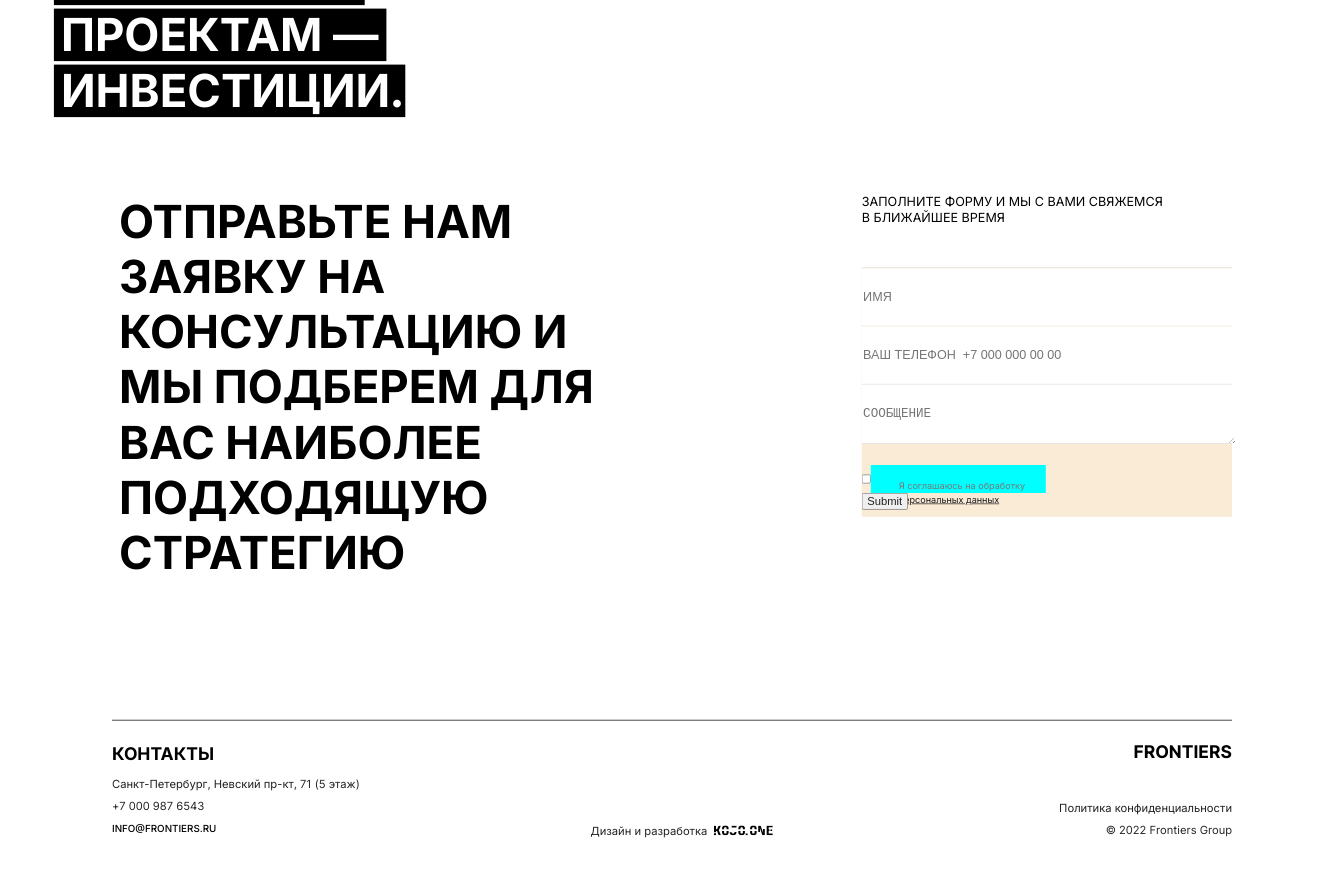
Repository: NadyaKorvin/frontiers
Page: /
An editor plug-in stored every save of this project. The page is shown before and after the next save, followed by the edit.
The browser window is 1280 px wide. The page is 1920 px wide, so the pictures cover 1920 px, including what lies to the right of the window. The pictures show the part of the page from y = 1385 to 2665 px (the page is 2665 px tall), at 70% of full size.
The project was rebuilt for these pictures with package versions that can differ from the ones it lists, and the page was loaded fresh each time.

Above is the page before, as saved 2022-05-23 18:39:06.

### public/index.html
<!DOCTYPE html>
<html lang="en">
  <head>
    <meta charset="utf-8" />
    <link rel="icon" href="%PUBLIC_URL%/favicon.ico" />
    <meta name="viewport" content="width=device-width, initial-scale=1" />
    <meta name="theme-color" content="#000000" />
    <meta name="description" content="Web site created using create-react-app" />
    <link rel="apple-touch-icon" href="%PUBLIC_URL%/logo192.png" />
    <link rel="manifest" href="%PUBLIC_URL%/manifest.json" />
    <link rel="preconnect" href="https://fonts.googleapis.com" />
    <link rel="preconnect" href="https://fonts.gstatic.com" crossorigin />
    <link href="https://fonts.googleapis.com/css2?family=Inter:wght@300;400;500;700&display=swap" rel="stylesheet" />
    <title>FRONTIERS</title>
  </head>
  <body>
    <noscript>You need to enable JavaScript to run this app.</noscript>
    <div id="root"></div>
  </body>
</html>

### src/index.js
import React from "react"
import ReactDOM from "react-dom/client"

import App from "./App"

const root = ReactDOM.createRoot(document.getElementById("root"))
root.render(
  <React.StrictMode>
    <App />
  </React.StrictMode>
)

### src/App.js
import { useState } from "react";
import "./App.css";
import { SecondScreenAnimation } from "./components/secondScreen/SecondScreenAnimation";
import FirstScreenAnimation from "./components/firstScreen/FirstScreenAnimation";
import LastScreenAnimation from "./components/lastScreen/LastScreenAnimation"

function App() {
  const [mousePosition, setMousePosition] = useState("");

  const listenUpperMousePosition = (event) => {
    console.log(event);
    console.log(event.target);
    setMousePosition(event.target);
  };

  return (
    <>
      <FirstScreenAnimation />
      <div className="App">
        <SecondScreenAnimation listenMousePosition={listenUpperMousePosition} />
      </div>
      <LastScreenAnimation />
    </>
  );
}
export default App;

### src/App.css
@import url("./reset.css");
@import url("./components/secondScreen/SecondScreen.css");
@import url("./font/font.css");

body {
  font-family: "Inter";
}

### src/components/secondScreen/SecondScreenAnimation.js
export function SecondScreenAnimation({ listenMousePosition, mousePosition }) {
  let goUp = ""
  const goUpBlackLines = (mousePosition) => {
    if (mousePosition === "animation__text_first_part") {
      goUp = "up"
      return goUp
    }
  }
  goUpBlackLines(mousePosition)
  console.log(goUp)
  return (
    <div className="animation__text_block">
      {goUp != "up" ? (
        <div>
          <div className="animation__text" onMouseOver={listenMousePosition}>
            <p className="animation__text_first_part">Инвесторам сложно найти хорошие проекты,</p>
            <p className="animation__text_second_part">а хорошим проектам — инвестиции.</p>
          </div>
          <div className="animation__black_lines">
            <div className="animation__1th_black_line"></div>
            <div className="animation__2th_black_line"></div>
            <div className="animation__3th_black_line"></div>
          </div>
        </div>
      ) : (
        <div>
          <div className="animation__text" onMouseOver={listenMousePosition}>
            <p className="animation__text_first_part" style={{ color: "#fff" }}>
              Инвесторам сложно найти хорошие проекты,
            </p>
            <p className="animation__text_second_part" style={{ color: "#000" }}>
              а хорошим проектам — инвестиции.
            </p>
          </div>
          <div className="animation__black_lines">
            <div className="animation__1th_black_line" style={{ width: "484px", marginTop: "-475px" }}></div>
            <div className="animation__2th_black_line" style={{ width: "586px" }}></div>
            <div className="animation__3th_black_line" style={{ width: "722px" }}></div>
          </div>
        </div>
      )}
    </div>
  )
}

### src/components/firstScreen/FirstScreenAnimation.js
import React from "react";
import style from "./FirstScreen.module.css";
import image from "../../images/image.webp";

export default function FirstScreenAnimation() {
  const pointer = (
    <svg
      width="8"
      height="101"
      viewBox="0 0 8 101"
      fill="none"
      xmlns="http://www.w3.org/2000/svg"
    >
      <path
        d="M4.35355 100.356C4.15829 100.551 3.84171 100.551 3.64645 100.356L0.464466 97.1735C0.269204 96.9783 0.269204 96.6617 0.464466 96.4664C0.659728 96.2712 0.976311 96.2712 1.17157 96.4664L4 99.2948L6.82843 96.4664C7.02369 96.2712 7.34027 96.2712 7.53553 96.4664C7.7308 96.6617 7.7308 96.9783 7.53553 97.1735L4.35355 100.356ZM3.5 100.002L3.5 0.00195312H4.5L4.5 100.002H3.5Z"
        fill="black"
      />
    </svg>
  );

  return (
    <>
      <section className={style.first__screen}>
        <header className={style.header}>
          <div className={style.logotype}>FRONTIERS</div>
          <nav className={style.nav__sidebar}>
            <ul>Агенство</ul>
            <ul>Кейсы</ul>
            <ul>Услуги</ul>
            <ul>Контакты</ul>
          </nav>
          <div className={style.button}>
            <p className={style.text__btn}>Получить консультацию</p>
          </div>
        </header>
        <div className={style.content}>
          <p>ИНВЕСТИЦИИ</p>
          <p>НЕ</p>
          <p>СЛОЖНО</p>
          <p>
            Мы помогли заработать более 50 млн рублей частным инвесторам в 2021
            году на вложениях в российский бизнес
          </p>
          <p>ПРОКРУТИ ВНИЗ</p>
          <div className={style.content__pointer}>{pointer}</div>
          <img src={image} alt="" />
        </div>
      </section>
    </>
  );
}

### src/components/lastScreen/LastScreenAnimation.js
import React from "react";
import style from "./LastScreen.module.css";
import Form from "./Form"
import Kojo from "../../images/Kojo"

export default function LastScreenAnimation() {
  return (
    <>
      <section className={style.last__screen}>
        <div className={style.wrapper}>
          <div className={style.left__content}>
            <p>
              ОТПРАВЬТЕ НАМ ЗАЯВКУ НА КОНСУЛЬТАЦИЮ И МЫ ПОДБЕРЕМ ДЛЯ ВАС
              НАИБОЛЕЕ ПОДХОДЯЩУЮ СТРАТЕГИЮ
            </p>
          </div>
          <div className={style.right__content}>
            <div className={style.text__form}>
              <p>ЗАПОЛНИТЕ ФОРМУ И МЫ С ВАМИ СВЯЖЕМСЯ В БЛИЖАЙШЕЕ ВРЕМЯ</p>
            </div>
            <Form />
          </div>
        </div>
        <footer className={style.footer}>
          <div className={style.contact}>
            <p>КОНТАКТЫ</p>
            <p>Санкт-Петербург, Невский пр-кт, 71 (5 этаж)</p>
            <p>+7 000 987 6543</p>
            <p><a href="mailto:info@frontiers.ru" ></a>info@frontiers.ru</p>
          </div>
          <div className={style.design}>
            <p>Дизайн и разработка</p>
            <Kojo />
          </div>
          <div className={style.frontiers}>
            <p>FRONTIERS</p>
            <p>Политика конфиденциальности</p>
            <p>© 2022 Frontiers Group</p>
          </div>
        </footer>
      </section>
    </>
  );
}

### src/reset.css
html,
body,
div,
span,
applet,
object,
iframe,
h1,
h2,
h3,
h4,
h5,
h6,
p,
blockquote,
pre,
a,
abbr,
acronym,
address,
big,
cite,
code,
del,
dfn,
em,
img,
ins,
kbd,
q,
s,
samp,
small,
strike,
strong,
sub,
sup,
tt,
var,
b,
u,
i,
center,
dl,
dt,
dd,
ol,
ul,
li,
fieldset,
form,
label,
legend,
table,
caption,
tbody,
tfoot,
thead,
tr,
th,
td,
article,
aside,
canvas,
details,
embed,
figure,
figcaption,
footer,
header,
hgroup,
menu,
nav,
output,
ruby,
section,
summary,
time,
mark,
audio,
video {
  margin: 0;
  padding: 0;
  border: 0;
  font-size: 100%;
  font: inherit;
  vertical-align: baseline;
}

:focus {
  outline: 0;
}

article,
aside,
details,
figcaption,
figure,
footer,
header,
hgroup,
menu,
nav,
section {
  display: block;
}

body {
  line-height: 1;
}

ol,
ul {
  list-style: none;
}

blockquote,
q {
  quotes: none;
}

blockquote:before,
blockquote:after,
q:before,
q:after {
  content: "";
  content: none;
}

table {
  border-collapse: collapse;
  border-spacing: 0;
}

input[type="search"]::-webkit-search-cancel-button,
input[type="search"]::-webkit-search-decoration,
input[type="search"]::-webkit-search-results-button,
input[type="search"]::-webkit-search-results-decoration {
  -webkit-appearance: none;
  -moz-appearance: none;
}

input[type="search"] {
  -webkit-appearance: none;
  -moz-appearance: none;
  -webkit-box-sizing: content-box;
  -moz-box-sizing: content-box;
  box-sizing: content-box;
}

textarea {
  overflow: auto;
  vertical-align: top;
  resize: vertical;
}

[hidden] {
  display: none;
}

html {
  font-size: 100%; /* 1 */
  -webkit-text-size-adjust: 100%; /* 2 */
  -ms-text-size-adjust: 100%; /* 2 */
}

a:focus {
  outline: thin dotted;
}

a:active,
a:hover {
  outline: 0;
}

img {
  border: 0;
  -ms-interpolation-mode: bicubic;
}

figure {
  margin: 0;
}

form {
  margin: 0;
}

fieldset {
  border: 1px solid #c0c0c0;
  margin: 0 2px;
  padding: 0.35em 0.625em 0.75em;
}

legend {
  border: 0; /* 1 */
  padding: 0;
  white-space: normal; /* 2 */
  *margin-left: -7px; /* 3 */
}

button,
input,
select,
textarea {
  font-size: 100%; /* 1 */
  margin: 0; /* 2 */
  vertical-align: baseline; /* 3 */
  *vertical-align: middle; /* 3 */
}

button,
input {
  line-height: normal;
}

button,
select {
  text-transform: none;
}

button,
html input[type="button"], /* 1 */
input[type="reset"],
input[type="submit"] {
  -webkit-appearance: button; /* 2 */
  cursor: pointer; /* 3 */
  *overflow: visible; /* 4 */
}

button[disabled],
html input[disabled] {
  cursor: default;
}

input[type="checkbox"],
input[type="radio"] {
  box-sizing: border-box; /* 1 */
  padding: 0; /* 2 */
  *height: 13px; /* 3 */
  *width: 13px; /* 3 */
}

input[type="search"] {
  -webkit-appearance: textfield; /* 1 */
  -moz-box-sizing: content-box;
  -webkit-box-sizing: content-box; /* 2 */
  box-sizing: content-box;
}

input[type="search"]::-webkit-search-cancel-button,
input[type="search"]::-webkit-search-decoration {
  -webkit-appearance: none;
}

button::-moz-focus-inner,
input::-moz-focus-inner {
  border: 0;
  padding: 0;
}

textarea {
  overflow: auto; /* 1 */
  vertical-align: top; /* 2 */
}

table {
  border-collapse: collapse;
  border-spacing: 0;
}

html,
button,
input,
select,
textarea {
  color: #222;
}

::-moz-selection {
  background: #b3d4fc;
  text-shadow: none;
}

::selection {
  background: #b3d4fc;
  text-shadow: none;
}

img {
  vertical-align: middle;
}

fieldset {
  border: 0;
  margin: 0;
  padding: 0;
}

textarea {
  resize: vertical;
}

.chromeframe {
  margin: 0.2em 0;
  background: #ccc;
  color: #000;
  padding: 0.2em 0;
}

### src/components/secondScreen/SecondScreen.css
.second__screen_main {
  display: flex;
  justify-content: space-between;
  margin: 0 auto;
  margin-top: 174px;
  /* придкмать решение сделать по центру*/
  display: flex;
  width: 1600px;
  height: 733px;
}

.animation__text_block {
  display: block;
  margin-left: 87px;
}

.animation__text_first_part,
.animation__text_second_part {
  width: 770px;
  text-transform: uppercase;
  font-size: 65px;
  font-weight: 700;
  line-height: 79px;
  transition: 0.6s ease-out;
}

.animation__text_second_part {
  color: #fff;
}

.animation__black_lines {
  margin-left: -10px;
  margin-top: -236px;
}

.animation__1th_black_line {
  margin-bottom: 5px;
  height: 75px;
  width: 444px;
  background-color: #000;
  transition: 0.6s ease-out;
}

.animation__2th_black_line {
  margin-bottom: 5px;
  height: 75px;
  width: 475px;
  background-color: #000;
  transition: 0.6s ease-out;
}
.animation__3th_black_line {
  height: 75px;
  width: 502px;
  background-color: #000;
  transition: 0.6s ease-out;
}

.right__part {
  display: flex;
  margin-left: 190px;
  flex-direction: column;
}

.conversation__image {
  margin-right: 222px;
  display: block;
  width: 400px;
  height: 400px;
  background: url("../secondScreen/people.png");
}

.decoration_marks {
  margin-top: -110px;
  transform: rotate(-180deg);
  font-size: 200px;
  font-weight: 300;
}

.text_paragraph {
  margin-left: 90px;
  width: 431px;
  font-size: 18px;
  font-weight: 400;
  line-height: 23px;
  text-transform: uppercase;
  line-height: 130%;
}

### src/font/font.css
@font-face {
  font-family: "Inter";
  src:
    url("./Inter-Bold.ttf") format("truetype")
    url("./Inter-Bold.woff2") format("woff2"),
    url("./Inter-Bold.woff") format("woff");
  font-weight: 700;
  font-style: normal;
  font-stretch: normal;
  unicode-range: U+0020-E0D0;
}

@font-face {
  font-family: "Inter";
  src:
    url("./Inter-Regular.woff2") format("woff2"),
    url("./Inter-Regular.ttf") format("truetype")
    url("./Inter-Regular.woff") format("woff");
  font-weight: 400;
  font-style: normal;
  font-stretch: normal;
  unicode-range: U+0020-E0D0;
}

@font-face {
    font-family:'Inter Medium';
    src:
        url("./Inter-Medium.ttf") format("truetype")
        url('Inter-Medium.woff2') format('woff2'),
		url('Inter-Medium.woff') format('woff');
    font-weight: 500;
    font-style: normal;
    font-stretch: normal;
    unicode-range: U+0020-E0D0;
}

@font-face {
    font-family:'Inter Light';
    src:
        url("./Inter-Light.ttf") format("truetype")
        url('Inter-Light.woff2') format('woff2'),
		url('Inter-Light.woff') format('woff');
    font-weight: 300;
    font-style: normal;
    font-stretch: normal;
    unicode-range: U+0020-E0D0;
}

### src/components/firstScreen/FirstScreen.module.css
.first__screen {
  width: 1920px;
  height: 1080px;
}

.header {
  width: 1600px;
  height: 82px;
  margin: 0 160px;
  border-bottom: 1px solid #000000;
  display: flex;
}

.logotype {
  width: 151px;
  height: 30px;
  padding-top: 27px;
  font-family: "Inter";
  font-style: normal;
  font-weight: 700;
  font-size: 25px;
  line-height: 30px;
  letter-spacing: 0.05em;
  color: #000000;
}

.nav__sidebar {
  display: flex;
  justify-content: space-between;
  width: 473px;
  padding-top: 33px;
  padding-left: 633px;
}

.button {
  position: absolute;
  width: 243px;
  height: 45px;
  left: 1517px;
  top: 19px;
  background: #000000;
}

.text__btn {
  padding-top: 12px;
  padding-bottom: 12px;
  font-family: "Inter";
  font-style: normal;
  font-weight: 500;
  font-size: 16px;
  line-height: 19px;
  text-align: center;
  color: #ffffff;
}

.content > p {
  position: absolute;
  font-family: "Inter";
  font-style: normal;
  font-weight: 400;
  font-size: 160px;
  line-height: 194px;
  text-transform: uppercase;
  color: #000000;
}

p:nth-child(1) {
  top: 83px;
  left: 160px;
}

p:nth-child(2) {
  top: 285px;
  left: 1449px;
}

p:nth-child(3) {
  top: 461px;
  left: 568px;
}

p:nth-child(4) {
  width: 265px;
  height: 90px;
  top: 118px;
  left: 1464px;
  box-sizing: content-box;
  font-family: "Inter";
  font-style: normal;
  font-weight: 500;
  font-size: 14px;
  line-height: 130%;
  text-transform: uppercase;
  color: #000000;
}

p:nth-child(5) {
  position: absolute;
  width: 130px;
  height: 17px;
  left: 104px;
  top: 865px;
  font-family: "Inter";
  font-style: normal;
  font-weight: 500;
  font-size: 14px;
  line-height: 17px;
  letter-spacing: 0.05em;
  color: #000000;
  transform: rotate(-90deg);
}

.content__pointer {
    position: absolute;
    top: 876px;
    left: 187px;
}

img {
  position: absolute;
  top: 714px;
  left: 568px;
  width: 1352px;
  height: 366px;
}

### src/components/lastScreen/LastScreen.module.css
.last__screen {
  width: 1920px;
  height: 1080px;
}

.wrapper {
  position: relative;
  top: 109px;
  left: 170px;
  display: flex;
  justify-content: space-between;
  width: 1590px;
  height: 553px;
}

.left__content {
  position: relative;
  width: 775px;
  height: 553px;
  box-sizing: border-box;
  font-family: "Inter";
  font-style: normal;
  font-weight: 700;
  font-size: 65px;
  line-height: 79px;
  text-transform: uppercase;
  color: #000000;
}

.right__content {
  position: relative;
  width: 529px;
  height: 553px;
}

.text__form {
  width: 529px;
  height: 46px;
  left: 1231px;
  top: 4438px;
  font-family: "Inter";
  font-style: normal;
  font-weight: 400;
  font-size: 18px;
  line-height: 130%;
  text-transform: uppercase;
  color: #000000;
}

.footer {
  position: relative;
  margin: 308px 160px 0;
  width: 1600px;
  border-top: 1px solid #000000;
  bottom: 0px;
  display: flex;
  justify-content: space-between;
}

.contact {
  width: 357px;
}

.contact > p:nth-child(1) {
  padding: 33px 0 20px;
  font-family: "Inter";
  font-style: normal;
  font-weight: 700;
  font-size: 25px;
  line-height: 30px;
  color: #000000;
}

.contact > p:nth-child(2),
.contact > p:nth-child(3),
.contact > p:nth-child(4) {
  padding-bottom: 15px;
}

.design {
  padding-top: 150px;
  width: 260px;
  display: flex;
  margin-left: -80px;
  justify-content: space-between;
}

.frontiers {
  width: 250px;
  text-align: end;
}

.frontiers > p:nth-child(1) {
    padding: 30px 0 57px;
    font-family: "Inter";
    font-style: normal;
    font-weight: 700;
    font-size: 25px;
    line-height: 30px;
    color: #000000;
  }

.frontiers > p:nth-child(2),
.frontiers > p:nth-child(3) {
    padding-bottom: 15px;
}

### src/components/lastScreen/Form.js
import React, { useState } from "react";
import { useForm } from "react-hook-form";
import style from "./Form.module.css";

export default function Form() {
  const [checked, setChecked] = useState(false);
  const [isPersonal, setIsPersonal] = useState(false);

  const {
    register,
    formState: { errors, isValid },
    handleSubmit,
    reset,
  } = useForm({
    mode: "onBlur",
  });

  const onSubmit = (data) => {
    alert(JSON.stringify(data));
  };

  const openPersonal = () => {
    setIsPersonal(true);
  };

  return (
    <form
      name="form"
      id="form"
      className={style.form}
      onSubmit={handleSubmit(onSubmit)}
    >
      <input
        name="name"
        {...register("name", {
          required: "Это поле обязательно",
          minLength: {
            value: 2,
            message: "Минимум 2 символа",
          },
          maxLength: {
            value: 50,
            message: "Максимум 50 символов",
          },
        })}
        id="name"
        className={style.input}
        placeholder="Имя"
      />
      <div>
        {errors?.name && (
          <p className={style.focus}>{errors?.name?.message || "Error!"}</p>
        )}
      </div>
      <div className={style.borders} />
      <input
        name="phone"
        {...register("phone", {
          required: "Это поле обязательно",
          pattern: {
            value: /^\+?7(\d{10})$/,
            message: "Введите в формате +7 000 000 00 00",
          },
        })}
        id="phone"
        className={style.input}
        type="tel"
        placeholder="Ваш Телефон  +7 000 000 00 00"
      />
      <div>
        {errors?.phone && (
          <p className={style.focus}>{errors?.phone?.message || "Error!"}</p>
        )}
      </div>
      <div className={style.borders} />
      <textarea
        name="message"
        {...register("message", {
          required: "Это поле обязательно",
          minLength: {
            value: 10,
            message: "Минимум 10 символов",
          },
          maxLength: {
            value: 500,
            message: "Максимум 500 символов",
          },
        })}
        id="message"
        className={style.textarea}
        placeholder="Сообщение"
      />
      <div>
        {errors?.message && (
          <p className={style.focus}>{errors?.message?.message || "Error!"}</p>
        )}
      </div>
      <div className={style.borders} />
      <label className={style.consent}>
        <input
          name="consent"
          type="checkbox"
          checked={checked}
          onChange={() => setChecked(!checked)}
          value={checked}
          {...register("consent", {
            required: "Подтвердите свое согласие для отправки формы",
          })}
          id="consent"
          className={style.checkbox}
        />
        <span
          className={style.checkfake}
          onClick={() => setChecked(!checked)}
        ></span>
        <div className={style.policy_text}>
          <p>Я соглашаюсь на обработку&nbsp;</p>
          <span
            onClick={openPersonal}
            style={{ color: "#1f1f1f", textDecoration: "underline" }}
          >
            персональных данных
          </span>
        </div>
      </label>
      <div className={style.focus_consent}>
        {errors?.consent && <p>{errors?.consent?.message || "Error!"}</p>}
        <div>
          <input type="submit" />
        </div>
      </div>
    </form>
  );
}

### src/components/lastScreen/Form.module.css
.form {
  margin-top: 60px;
  width: 529px;
  height: 355px;
  border-top: 1px solid #d1d1d1;
  background-color: antiquewhite;
}

.input,
.textarea {
  width: 529px;
  height: 80px;
  border: 0;
  outline: none;
  font-size: 18px;
  color: #000000;
  text-transform: uppercase;
}

.textarea {
  height: 80px;
  line-height: 80px;
  overflow: hidden;
  /* resize: none; */
}

.borders {
  border-bottom: 1px solid #d1d1d1;
}

.consent {
    display: -webkit-box;
    display: -ms-flexbox;
    display: flex;
    margin: 30px 0 0;
    /* cursor: url("/public/img/header/cursor.png") 6 6, auto; */
}

.policy_text {
    padding-top: 20px;
  padding-left: 40px;
  width: 250px;
  height: 40px;
  box-sizing: border-box;
  font-family: "Inter";
  font-style: normal;
  font-weight: 400;
  font-size: 13px;
  line-height: 150%;
  color: #787878;
  background-color: aqua;
}

Loaded but not shown: src/images/Kojo.js (76 lines, source omitted)

After the next save:
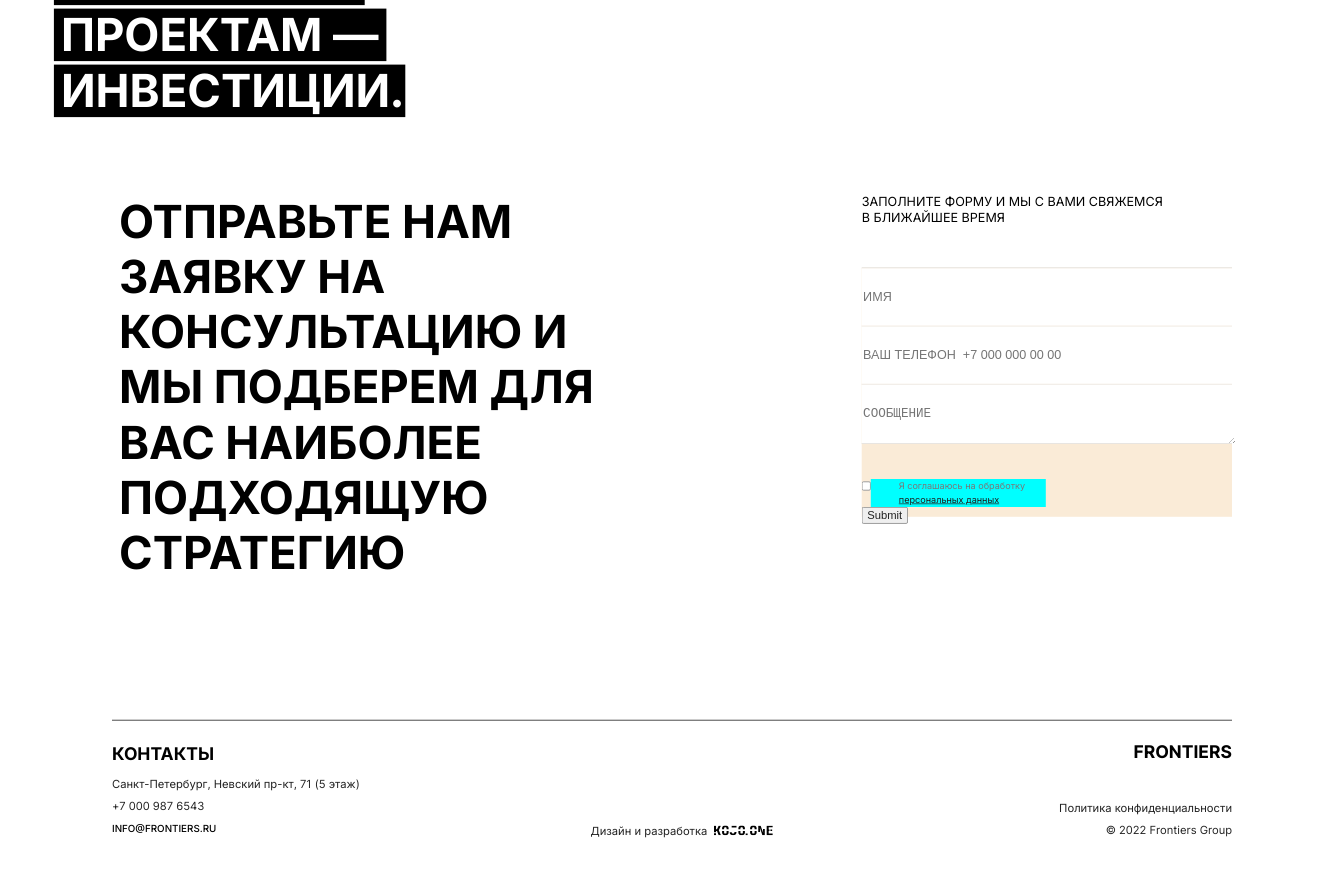
Saved 17 s later.
--- a/src/components/lastScreen/Form.module.css
+++ b/src/components/lastScreen/Form.module.css
@@ -37,7 +37,7 @@
 }
 
 .policy_text {
-    padding-top: 20px;
+    margin-top: 20px;
   padding-left: 40px;
   width: 250px;
   height: 40px;
